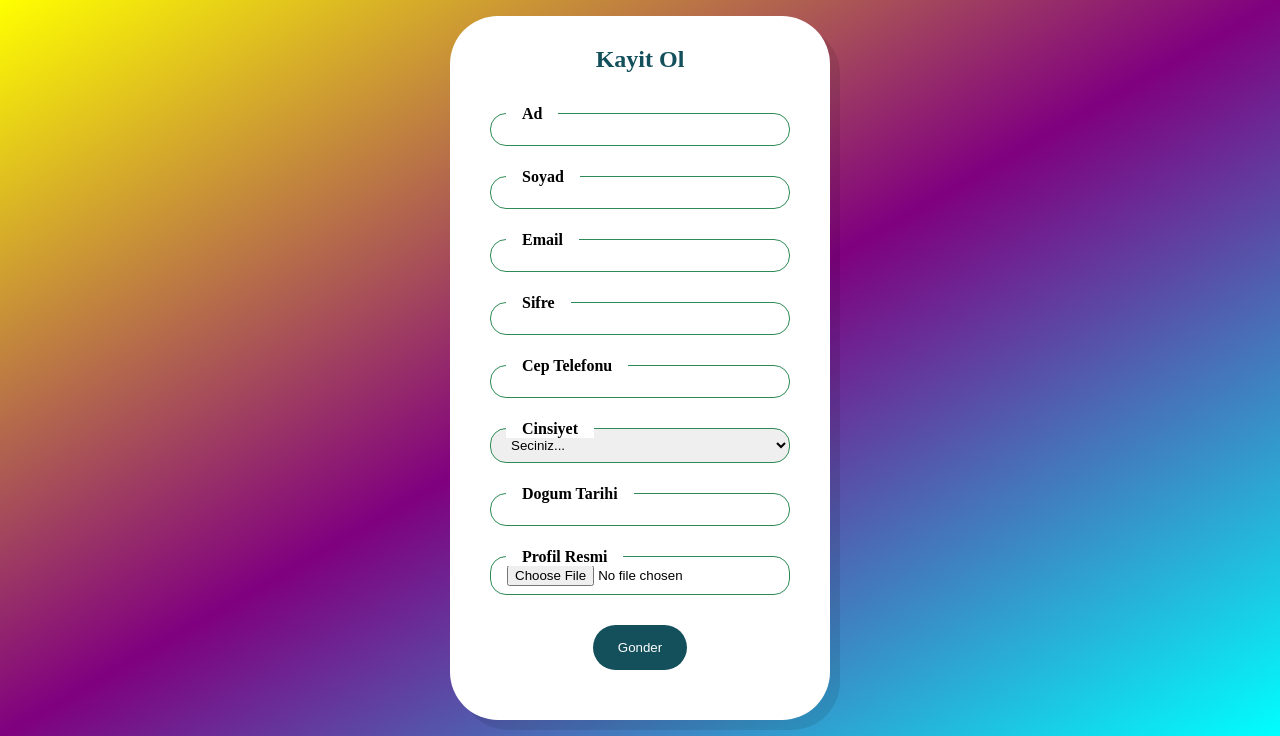
Repository: aenesyvz/web-programming-project
Page: http://localhost/test4/index2.jsp
The author's editor kept a copy of each file at every save. The page is drawn from the files as they stood at one save, then again after the next save.
The browser window is 1280 px wide. The pictures show the whole page.
The page is served by Tomcat 9. Other server files are loaded and not shown.

Above is the page before, as saved 2023-05-12 07:37:25.
Console error: SyntaxError: Unexpected token ')'

### test/test4/src/main/webapp/index2.jsp
<%@ page language="java" contentType="text/html; charset=ISO-8859-1"
    pageEncoding="ISO-8859-1"%>
<!DOCTYPE html>
<html>
<head>
<meta charset="ISO-8859-1">
<title>Insert title here</title>
 <link rel="stylesheet" href="css/index.css">
</head>
<body>

	<section>
    <div class="container">
       <h2 class="title">Kayit Ol</h2>
        <form class="form" action="helloServlet"  method="POST" enctype="multipart/form-data"
							>
                    <div class='formInput'>
                        <div class="form-label">Ad</div>
                        <div class='input-group'>
                            <input class="form__input" id="firstName" name="firstName"  />
                        </div>
                            <p id="firstNameError" style="color: red;position: absolute;margin-bottom: -50px"></p>
                    </div>
                      <div class='formInput'>
                        <div class="form-label">Soyad</div>
                        <div class='input-group'>
                            <input class="form__input" id="lastName" name="lastName" />
                        </div>
                            <p id="lastNameError" style="color: red;position: absolute;margin-bottom: -50px"></p>
                    </div>

                     <div class='formInput'>
                        <div class="form-label">Email</div>
                        <div class='input-group'>
                            <input class="form__input" id="email" name="email" />
                        </div>
                            <p id="emailError" style="color: red;position: absolute;margin-bottom: -50px"></p>
                    </div>

                     <div class='formInput'>
                        <div class="form-label">Sifre</div>
                        <div class='input-group'>
                            <input class="form__input" id="password" name="password" />
                        </div>
                            <p id="passwordError" style="color: red;position: absolute;margin-bottom: -50px"></p>
                    </div>

                    <div class='formInput'>
                        <div class="form-label">Cep Telefonu</div>
                        <div class='input-group'>
                            <input class="form__input" id="phoneNumber" name="phoneNumber" />
                        </div>
                           <p id="phoneNumberError" style="color: red;position: absolute;margin-bottom: -50px"></p>
                    </div>

                     <div class='formInput'>
                        <div class="form-label">Cinsiyet</div>
                        <div class='input-group'>
                            <select name="gender" class="form__input" id="gender" style="padding-right: 5px">
 <option value="-1">Seciniz...</option>
  <option value="Erkek">Erkek</option>
  <option value="Kadin">Kadin</option>
</select>
                        </div>
                           <p id="genderError" style="color: red;position: absolute;margin-bottom: -42px"></p>
                    </div>

                     <div class='formInput'>
                        <div class="form-label">Dogum Tarihi</div>
                        <div class='input-group'>
                            <input class="form__input" id="dateOfBirth" name="dateOfBirth" />
                        </div>
                           <p id="dateOfBirthError" style="color: red;position: absolute;margin-bottom: -50px"></p>
                    </div>

                     <div class='formInput'>
                        <div class="form-label">Profil Resmi</div>
                        <div class='input-group'>
                            <input class="form__input" id="file" name="file"  type="file"/>
                        </div>
                        <p id="imageError" style="color: red;position: absolute;margin-bottom: -50px"></p>
                    </div>
                    <div class="button-submit">
                        <input class="submitButton" type="submit" value="Gonder"></input>
                    </div>
                </form>

    </div>
   </section>


	<script src="https://code.jquery.com/jquery-3.6.0.min.js"></script>
	<script>
		$(document).ready(function(){
			let existsForFirstName = false;
			let existsForLastName = false;
			let existsForEmail = false;
			let existsForGender = false;
			let existsForPassword = false;
			let existsForPhoneNumber = false;
			let existsForDateOfBirth = false;

			function isEmpty(input,elementId,errorMessage){
				if(input.trim() === ""){
					$(elementId).html(" * "+errorMessage +" bos gecilemez");
					return true;
				}else{
					$(elementId).html("");
					return false;
				}
			}


			function validateFirstName(){
				let firstName = $("#firstName").val();
				existsForFirstName =  isEmpty(firstName,"#firstNameError","Isim");
			}

			function validateLastName(){
				let lastName = $("#lastName").val();
				existsForLastName = isEmpty(lastName,"#lastNameError","Soyad");
			}

			function validateEmail(){
				let email = $("#email").val();
				existsForEmail = isEmpty(email,"#emailError","Email");
			}

			function validateGender() {
				let gender = $("#gender").val();
				if(gender == -1){
					$("#genderError").html(" * Cinsiyet bos gecilemez");
					existsForGender = true;
				}else{
					$("#genderError").html("");
					existsForGender = false;
				}
			}

			function validatePassword() {
				let password = $("#password").val();
				existsForPassword = isEmpty(password,"#passwordError","Sifre");
			}

			function validateDateOfBirth(){
				let dateOfBirth = $("#dateOfBirth").val();
				existsForDateOfBirth = isEmpty(dateOfBirth,"#dateOfBirthError","Dogum tarih");
			}

			function validatePhoneNumber() {
				let phoneNumber = $("#phoneNumber").val();
				existsForPhoneNumber = isEmpty(phoneNumber,"#phoneNumberError","Telefon numarasi");
			}


			 $(".form").submit(function (e) {
				   	e.preventDefault();
				   	validateFirstName();
				    validateLastName();
				    validateEmail();
				    validateGender();
				    validatePassword();
				    validateDateOfBirth();
				    validatePhoneNumber();
				    if (
				    		!existsForFirstName &&
							!existsForLastName &&
							!existsForEmail &&
							!existsForGender &&
							!existsForPassword &&
							!existsForPhoneNumber &&
							!existsForDateOfBirth &&
				    ) {
		                   this.submit();

				    } else {
				    	 alert('Hata!');
				    }
				  });
		})
	</script>



</body>
</html>

### test/test4/src/main/webapp/css/index.css
* {
    box-sizing: border-box;
  }

  body {
    overflow-x: hidden;
    min-height: 100vh;
    display:flex;
	justify-content:center;
	align-items:center;
    background:
        linear-gradient(to left top, rgba(0, 255, 255, 1) 0%/*bottom-right color*/, rgba(255, 0, 255, 0.5) 50% /*middle color*/, rgba(255, 255, 0, 1) 100% /*top-left color*/),
        linear-gradient(rgba(0, 0, 0, 1), rgba(0, 0, 0, 1))/*"faked" black background make sure to add last or it will appear before the transparent/colored layer*/;
  }

   img{
    max-width: 100%;
    height: auto;
  }

  .grid{
  	display:grid;
  	grid-template-columns:1fr 1fr;
  }
  .container{
  	display:flex;
	justify-content:center;
	align-items:center;
	flex-direction:column;
	margin:auto;

    padding:20px 10px;
    background-color: #ffffff;
    box-shadow: 10px 10px rgba(0, 0, 0, 0.096);
    border-radius:3rem;
  }

  .container-info{
  display:flex;
	justify-content:center;
	align-items:center;
	flex-direction:column;
	margin:auto;

    padding:20px 10px;
    background-color: #ffffff;
    box-shadow: 10px 10px rgba(0, 0, 0, 0.096);
    border-radius:3rem;
  	width:60rem;
  }

.title{
	display:flex;
	justify-content:center;
	align-items:center;
	margin:10px  auto;
	color: hsl(190, 64%, 22%);
}
.displayImage{
	 display: flex;
    	align-items: center;
    	justify-content: center;

}

.form{
	margin:30px;
}
.formInput{
    display: flex;
    margin-bottom: 30px;
    align-items: center;
    justify-content: space-between;
    position: relative;

}
.form-label{
    padding: 0 1rem;
    background-color: white;
    font-size: 16px;
    font-weight: bold;
    text-transform: capitalize;
    position: absolute;
    z-index: 1;
    left: 1rem;
    top: -.5rem;
    text-align: left;
}

.input-group{
    position: relative;
    margin: auto 0;
}

.form__input{
    width: 300px;
    /* background-color: rgba(203, 201, 201,.9); */
    border: none;
    padding: .5rem 1rem;
    border-radius: 1rem;
    outline: none;
    border:1px solid seagreen;
    border-radius: 1rem;
}

.submitButton{
	display:flex;
	justify-content:center;
	align-items:center;
	padding:15px 25px;
	margin:0 auto;
	background-color:hsl(190, 64%, 22%);
	color:#ffffff;
	border:none;
	border-radius:2rem;
}

After the next save:
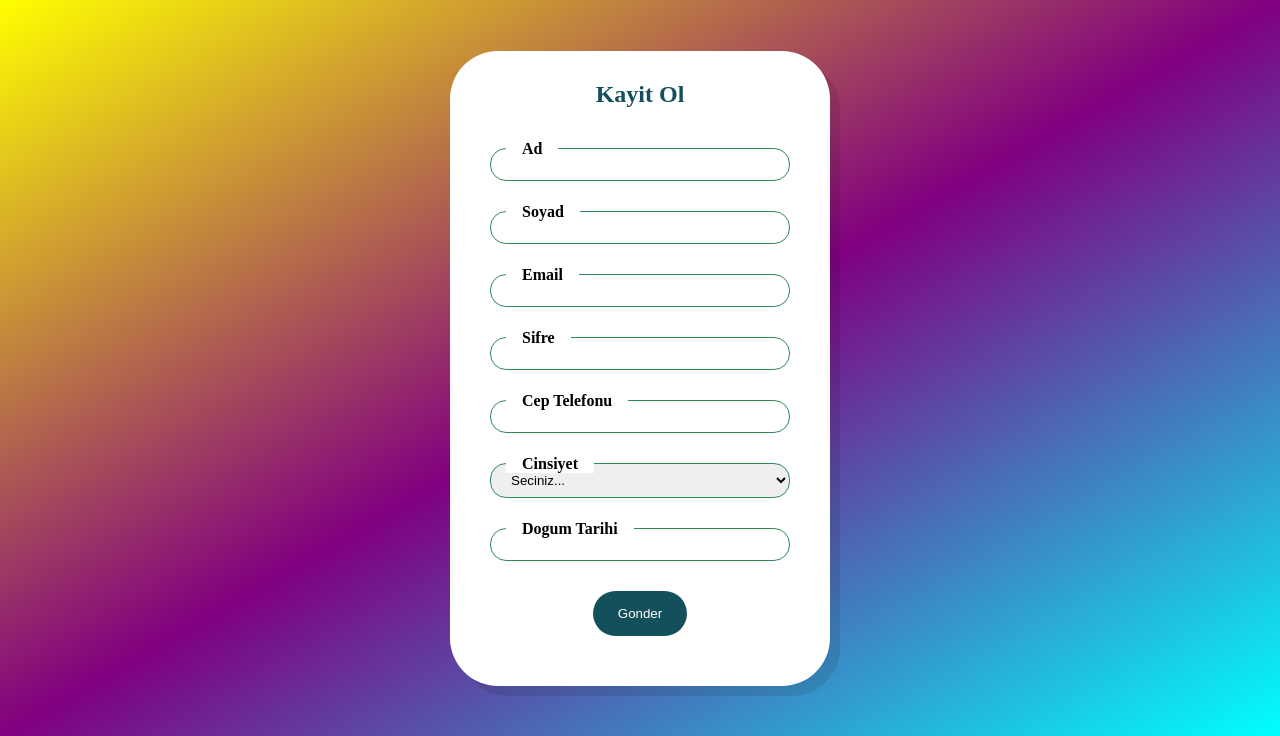
Saved 14 min 38 s later.
--- a/test/test4/src/main/webapp/index2.jsp
+++ b/test/test4/src/main/webapp/index2.jsp
@@ -12,7 +12,7 @@
 	<section>
     <div class="container">
        <h2 class="title">Kayit Ol</h2>
-        <form class="form" action="helloServlet"  method="POST" enctype="multipart/form-data"
+        <form class="form" action="worldServlet"  method="POST" enctype="multipart/form-data"
 							>
                     <div class='formInput'>
                         <div class="form-label">Ad</div>
@@ -73,13 +73,6 @@
                            <p id="dateOfBirthError" style="color: red;position: absolute;margin-bottom: -50px"></p>
                     </div>
 
-                     <div class='formInput'>
-                        <div class="form-label">Profil Resmi</div>
-                        <div class='input-group'>
-                            <input class="form__input" id="file" name="file"  type="file"/>
-                        </div>
-                        <p id="imageError" style="color: red;position: absolute;margin-bottom: -50px"></p>
-                    </div>
                     <div class="button-submit">
                         <input class="submitButton" type="submit" value="Gonder"></input>
                     </div>
